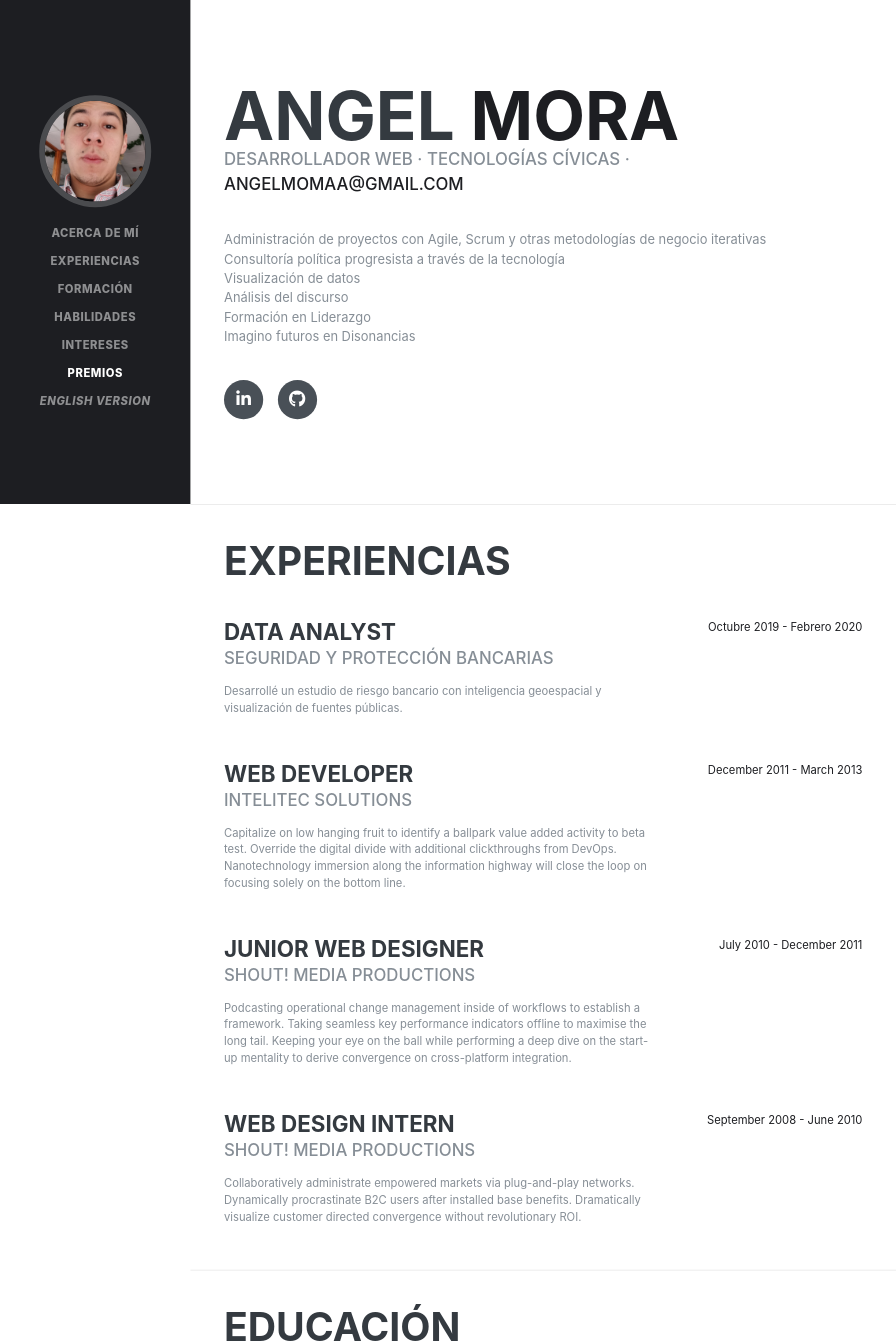
Repository: angel-mora/about-me
Page: es-index.html
These files come from the project's save history. The page is drawn as it stood at one moment and after the next save; the edit follows.
The browser window is 1280 px wide. The pictures show the part of the page from y = 0 to 1920 px (the page is 4779 px tall), at 70% of full size.
Some web fonts or font styles are not loaded; a fallback is used.

Above is the page before, as saved 2020-06-29 22:30:00.

### es-index.html
<!DOCTYPE html>
<html lang="es">

<head>

    <meta charset="utf-8">
    <meta name="viewport" content="width=device-width, initial-scale=1, shrink-to-fit=no">
    <meta name="description" content="">
    <meta name="author" content="">

    <title>Angel Moma</title>

    <!-- Bootstrap core CSS -->
    <link href="vendor/bootstrap/css/bootstrap.min.css" rel="stylesheet">

    <!-- Custom fonts for this template -->
    <link href="https://fonts.googleapis.com/css?family=Saira+Extra+Condensed:500,700" rel="stylesheet">
    <link href="https://fonts.googleapis.com/css?family=Muli:400,400i,800,800i" rel="stylesheet">
    <link href="vendor/fontawesome-free/css/all.min.css" rel="stylesheet">

    <!-- Custom styles for this template -->
    <link href="css/resume.min.css" rel="stylesheet">

</head>

<body id="page-top">

    <nav class="navbar navbar-expand-lg navbar-dark bg-primary fixed-top" id="sideNav">
        <a class="navbar-brand js-scroll-trigger" href="#page-top">
            <span class="d-block d-lg-none">¡CONÓCEME!</span>
            <span class="d-none d-lg-block">
                <img class="img-fluid img-profile rounded-circle mx-auto mb-2" src="img/profile.jfif" alt="">
            </span>
        </a>
        <button class="navbar-toggler" type="button" data-toggle="collapse" data-target="#navbarSupportedContent" aria-controls="navbarSupportedContent" aria-expanded="false" aria-label="Toggle navigation">
            <span class="navbar-toggler-icon"></span>
        </button>
        <div class="collapse navbar-collapse" id="navbarSupportedContent">
            <ul class="navbar-nav">
                <li class="nav-item">
                    <a class="nav-link js-scroll-trigger" href="#about">Acerca de mí</a>
                </li>
                <li class="nav-item">
                    <a class="nav-link js-scroll-trigger" href="#experience">Experiencias</a>
                </li>
                <li class="nav-item">
                    <a class="nav-link js-scroll-trigger" href="#education">Formación</a>
                </li>
                <li class="nav-item">
                    <a class="nav-link js-scroll-trigger" href="#skills">Habilidades</a>
                </li>
                <li class="nav-item">
                    <a class="nav-link js-scroll-trigger" href="#interests">Intereses</a>
                </li>
                <li class="nav-item">
                    <a class="nav-link js-scroll-trigger" href="#awards">Premios</a>
                </li>
                <li class="nav-item">
                    <a class="nav-link js-scroll-trigger font-italic" href="en-index.html">English version</a>
                </li>
            </ul>
        </div>
    </nav>

    <div class="container-fluid p-0">

        <section class="resume-section p-3 p-lg-5 d-flex align-items-center" id="about">
            <div class="w-100">
                <h1 class="mb-0">Angel
                    <span class="text-primary">Mora</span>
                </h1>
                <div class="subheading mb-5">Desarrollador Web · Tecnologías cívicas ·
                    <a href="mailto:angelmomaa@gmail.com">angelmomaa@gmail.com</a>
                </div>
                <p class="lead mb-5">Administración de proyectos con Agile, Scrum y otras metodologías de negocio iterativas
                    <br>Consultoría política progresista a través de la tecnología
                    <br>Visualización de datos
                    <br>Análisis del discurso
                    <br>Formación en Liderazgo
                    <br>Imagino futuros en Disonancias
                    <!-- añadir algo de coaching profesional y psicológico-->
                </p>
                <div class="social-icons">
                    <a href="https://www.linkedin.com/in/angelmoram/">
                        <i class="fab fa-linkedin-in"></i>
                    </a>
                    <a href="https://github.com/angel-mora">
                        <i class="fab fa-github"></i>
                    </a>

                </div>
            </div>
        </section>

        <hr class="m-0">

        <section class="resume-section p-3 p-lg-5 d-flex justify-content-center" id="experience">
            <div class="w-100">
                <h2 class="mb-5">Experiencias</h2>

                <div class="resume-item d-flex flex-column flex-md-row justify-content-between mb-5">
                    <div class="resume-content">
                        <h3 class="mb-0">Data Analyst</h3>
                        <div class="subheading mb-3">Seguridad y Protección Bancarias</div>
                        <p>Desarrollé un estudio de riesgo bancario con inteligencia geoespacial y visualización de fuentes públicas.
                        </p>
                    </div>
                    <div class="resume-date text-md-right">
                        <span class="text-primary">Octubre 2019 - Febrero 2020</span>
                    </div>
                </div>

                <div class="resume-item d-flex flex-column flex-md-row justify-content-between mb-5">
                    <div class="resume-content">
                        <h3 class="mb-0">Web Developer</h3>
                        <div class="subheading mb-3">Intelitec Solutions</div>
                        <p>Capitalize on low hanging fruit to identify a ballpark value added activity to beta test. Override the digital divide with additional clickthroughs from DevOps. Nanotechnology immersion along the information highway will close
                            the loop on focusing solely on the bottom line.</p>
                    </div>
                    <div class="resume-date text-md-right">
                        <span class="text-primary">December 2011 - March 2013</span>
                    </div>
                </div>

                <div class="resume-item d-flex flex-column flex-md-row justify-content-between mb-5">
                    <div class="resume-content">
                        <h3 class="mb-0">Junior Web Designer</h3>
                        <div class="subheading mb-3">Shout! Media Productions</div>
                        <p>Podcasting operational change management inside of workflows to establish a framework. Taking seamless key performance indicators offline to maximise the long tail. Keeping your eye on the ball while performing a deep dive on the
                            start-up mentality to derive convergence on cross-platform integration.</p>
                    </div>
                    <div class="resume-date text-md-right">
                        <span class="text-primary">July 2010 - December 2011</span>
                    </div>
                </div>

                <div class="resume-item d-flex flex-column flex-md-row justify-content-between">
                    <div class="resume-content">
                        <h3 class="mb-0">Web Design Intern</h3>
                        <div class="subheading mb-3">Shout! Media Productions</div>
                        <p>Collaboratively administrate empowered markets via plug-and-play networks. Dynamically procrastinate B2C users after installed base benefits. Dramatically visualize customer directed convergence without revolutionary ROI.</p>
                    </div>
                    <div class="resume-date text-md-right">
                        <span class="text-primary">September 2008 - June 2010</span>
                    </div>
                </div>

            </div>

        </section>

        <hr class="m-0">

        <section class="resume-section p-3 p-lg-5 d-flex align-items-center" id="education">
            <div class="w-100">
                <h2 class="mb-5">Educación</h2>

                <div class="resume-item d-flex flex-column flex-md-row justify-content-between mb-5">
                    <div class="resume-content">
                        <h3 class="mb-0">Microverse.org</h3>
                        <div class="subheading mb-3">Programa de Desarrollador Web <i>Full-stack</i></div>
                        <div>Curso remoto intensivo en inglés de 8 meses (alrededor de 1000 horas efectivas de programación) para perfil de diseñador y desarrollador de aplicaciones web.<br>Capacidad para desarrollar prototipos y gestionar Start-ups.</div>
                        <!-- <p>GPA: 3.23</p> -->
                    </div>
                    <div class="resume-date text-md-right">
                        <span class="text-primary">Febrero 2020</span>
                    </div>
                </div>

                <div class="resume-item d-flex flex-column flex-md-row justify-content-between mb-5">
                    <div class="resume-content">
                        <h3 class="mb-0">Fundación Friedrich Ebert</h3>
                        <div class="subheading mb-3">Programa de Liderazgos Progresistas</div>
                        <div>Curso remoto intensivo en inglés de 8 meses (alrededor de 1000 horas efectivas de programación) para perfil de diseñador y desarrollador de aplicaciones web.<br>Capacidad para desarrollar prototipos y gestionar Start-ups.
                        </div>
                        <!-- <p>GPA: 3.23</p> -->
                    </div>
                    <div class="resume-date text-md-right">
                        <span class="text-primary">Mayo - Diciembre 2018</span>
                    </div>
                </div>

                <div class="resume-item d-flex flex-column flex-md-row justify-content-between">
                    <div class="resume-content">
                        <h3 class="mb-0">Universidad Nacional Autónoma de México</h3>
                        <div class="subheading mb-3">Licenciatura en Filosofía</div>
                        <p>Promedio general: 9.68 / 10</p>
                    </div>
                    <div class="resume-date text-md-right">
                        <span class="text-primary">Enero 2014 - Mayo 2018</span>
                    </div>
                </div>

            </div>
        </section>

        <hr class="m-0">

        <section class="resume-section p-3 p-lg-5 d-flex align-items-center" id="skills">
            <div class="w-100">
                <h2 class="mb-5">Habilidades</h2>

                <div class="subheading mb-3">Lenguajes Web &amp; Librerías</div>
                <!-- add Leaflet, GIS, R Studio, Python -->
                <ul class="list-inline dev-icons">
                    <li class="list-inline-item">
                        <i class="fab fa-html5"></i>
                    </li>
                    <li class="list-inline-item">
                        <i class="fab fa-css3-alt"></i>
                    </li>
                    <li class="list-inline-item">
                        <i class="fab fa-js-square"></i>
                    </li>
                    <li class="list-inline-item">
                        <i class="fab fa-angular"></i>
                    </li>
                    <li class="list-inline-item">
                        <i class="fab fa-react"></i>
                    </li>
                    <li class="list-inline-item">
                        <i class="fab fa-node-js"></i>
                    </li>
                    <li class="list-inline-item">
                        <i class="fab fa-sass"></i>
                    </li>
                    <li class="list-inline-item">
                        <i class="fab fa-less"></i>
                    </li>
                    <li class="list-inline-item">
                        <i class="fab fa-wordpress"></i>
                    </li>
                    <li class="list-inline-item">
                        <i class="fab fa-gulp"></i>
                    </li>
                    <li class="list-inline-item">
                        <i class="fab fa-grunt"></i>
                    </li>
                    <li class="list-inline-item">
                        <i class="fab fa-npm"></i>
                    </li>
                </ul>

                <div class="subheading mb-3">Flujo de Trabajo</div>
                <ul class="fa-ul mb-0">
                    <li>
                        <i class="fa-li fa fa-check"></i> Diseño responsivo, <i>User Experience</i>, <i>Mobile-First</i>
                    </li>
                    <li>
                        <i class="fa-li fa fa-check"></i> Pruebas de compatibilidad entre navegadores &amp; depuración
                    </li>
                    <li>
                        <i class="fa-li fa fa-check"></i> Equipos multifuncionales</li>
                    <li>
                        <i class="fa-li fa fa-check"></i> Lean, Agile &amp; Scrum</li>
                    <li>
                        <i class="fa-li fa fa-check"></i> Decidim &amp; Sociocracia</li>
                </ul>
            </div>
        </section>

        <hr class="m-0">

        <section class="resume-section p-3 p-lg-5 d-flex align-items-center" id="interests">
            <div class="w-100">
                <h2 class="mb-5">Intereses</h2>
                <p>Aparte de ser un desarrollador web, disfruto la mayor parte de mi tiempo a Disonancias, un proyecto multimedia de tecnología y filosofía. Me gusta mucho compartir mi gusto por la comida y bebida con mis amistades. Soy amateur de calistenia.
                    Simpatizo con el Dzogchen.
                </p>
                <p class="mb-0">Me gusta el cine. Tengo dos proyectos cinematográficos que esperan una fase de desarrollo más acelerada (quizá en unos dos años). He escrito un par de publicaciones, además de mi tesis.
                </p>
            </div>
        </section>

        <hr class="m-0">

        <section class="resume-section p-3 p-lg-5 d-flex align-items-center" id="awards">
            <div class="w-100">
                <h2 class="mb-5">Premios &amp; Certificados</h2>
                <ul class="fa-ul mb-0">
                    <li>
                        <i class="fa-li fa fa-trophy text-warning"></i> Google Analytics Certified Developer</li>
                    <li>
                        <i class="fa-li fa fa-trophy text-warning"></i> Mobile Web Specialist - Google Certification
                    </li>
                    <li>
                        <i class="fa-li fa fa-trophy text-warning"></i> 1
                        <sup>st</sup> Place - University of Colorado Boulder - Emerging Tech Competition 2009</li>
                    <li>
                        <i class="fa-li fa fa-trophy text-warning"></i> 1
                        <sup>st</sup> Place - University of Colorado Boulder - Adobe Creative Jam 2008 (UI Design Category)
                    </li>
                    <li>
                        <i class="fa-li fa fa-trophy text-warning"></i> 2
                        <sup>nd</sup> Place - University of Colorado Boulder - Emerging Tech Competition 2008</li>
                    <li>
                        <i class="fa-li fa fa-trophy text-warning"></i> 1
                        <sup>st</sup> Place - James Buchanan High School - Hackathon 2006</li>
                    <li>
                        <i class="fa-li fa fa-trophy text-warning"></i> 3
                        <sup>rd</sup> Place - James Buchanan High School - Hackathon 2005</li>
                </ul>
            </div>
        </section>

    </div>

    <!-- Bootstrap core JavaScript -->
    <script src="vendor/jquery/jquery.min.js"></script>
    <script src="vendor/bootstrap/js/bootstrap.bundle.min.js"></script>

    <!-- Plugin JavaScript -->
    <script src="vendor/jquery-easing/jquery.easing.min.js"></script>

    <!-- Custom scripts for this template -->
    <script src="js/resume.min.js"></script>

</body>

</html>

Loaded but not shown: vendor/bootstrap/css/bootstrap.min.css (library); vendor/fontawesome-free/css/all.min.css (library); css/resume.min.css (library); vendor/jquery/jquery.min.js (library); vendor/bootstrap/js/bootstrap.bundle.min.js (library); vendor/jquery-easing/jquery.easing.min.js (common file); js/resume.min.js (common file)

After the next save:
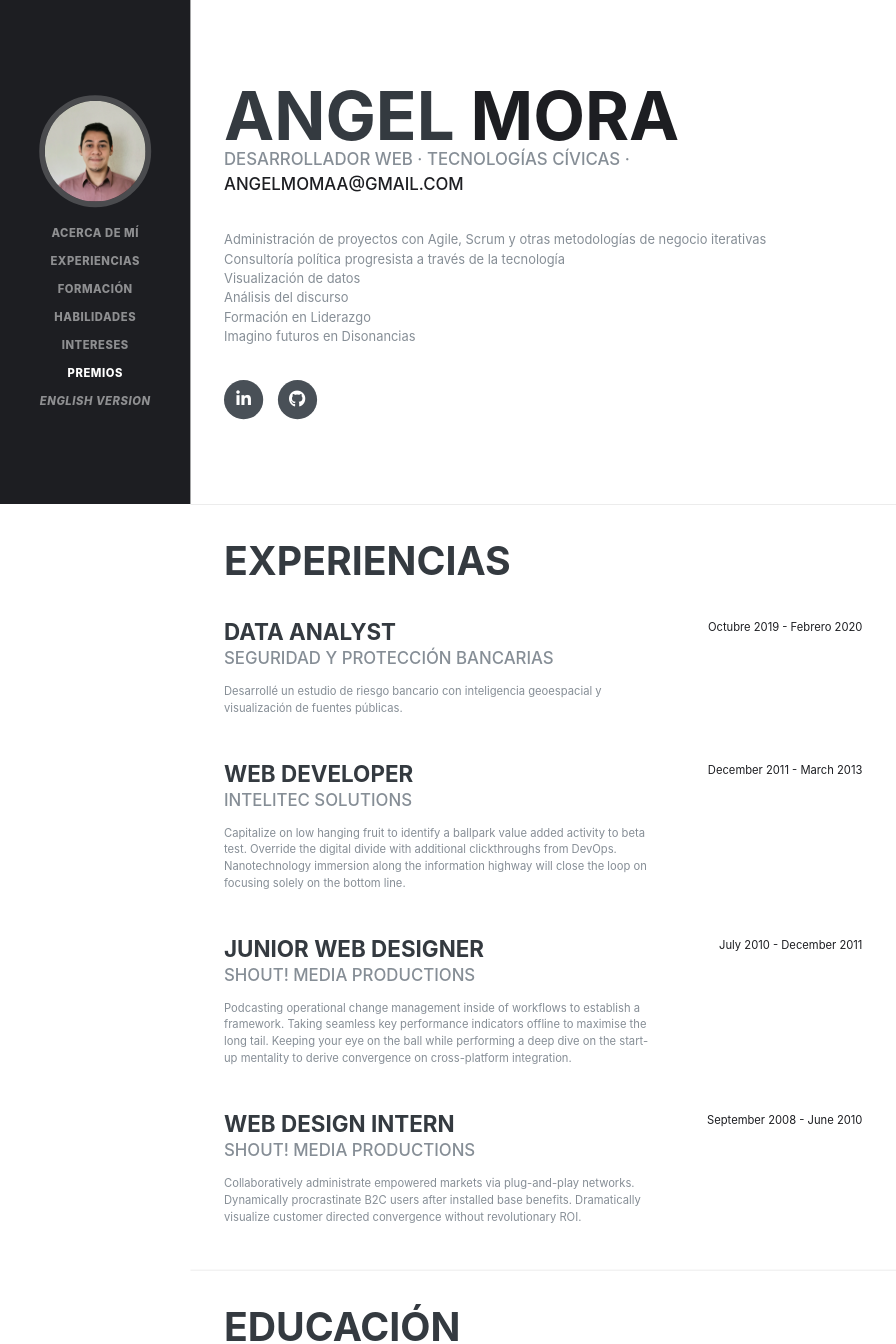
Saved 78 s later.
--- a/es-index.html
+++ b/es-index.html
@@ -29,7 +29,7 @@
         <a class="navbar-brand js-scroll-trigger" href="#page-top">
             <span class="d-block d-lg-none">¡CONÓCEME!</span>
             <span class="d-none d-lg-block">
-                <img class="img-fluid img-profile rounded-circle mx-auto mb-2" src="img/profile.jfif" alt="">
+                <img class="img-fluid img-profile rounded-circle mx-auto mb-2" src="img/profile.jpg" alt="">
             </span>
         </a>
         <button class="navbar-toggler" type="button" data-toggle="collapse" data-target="#navbarSupportedContent" aria-controls="navbarSupportedContent" aria-expanded="false" aria-label="Toggle navigation">
